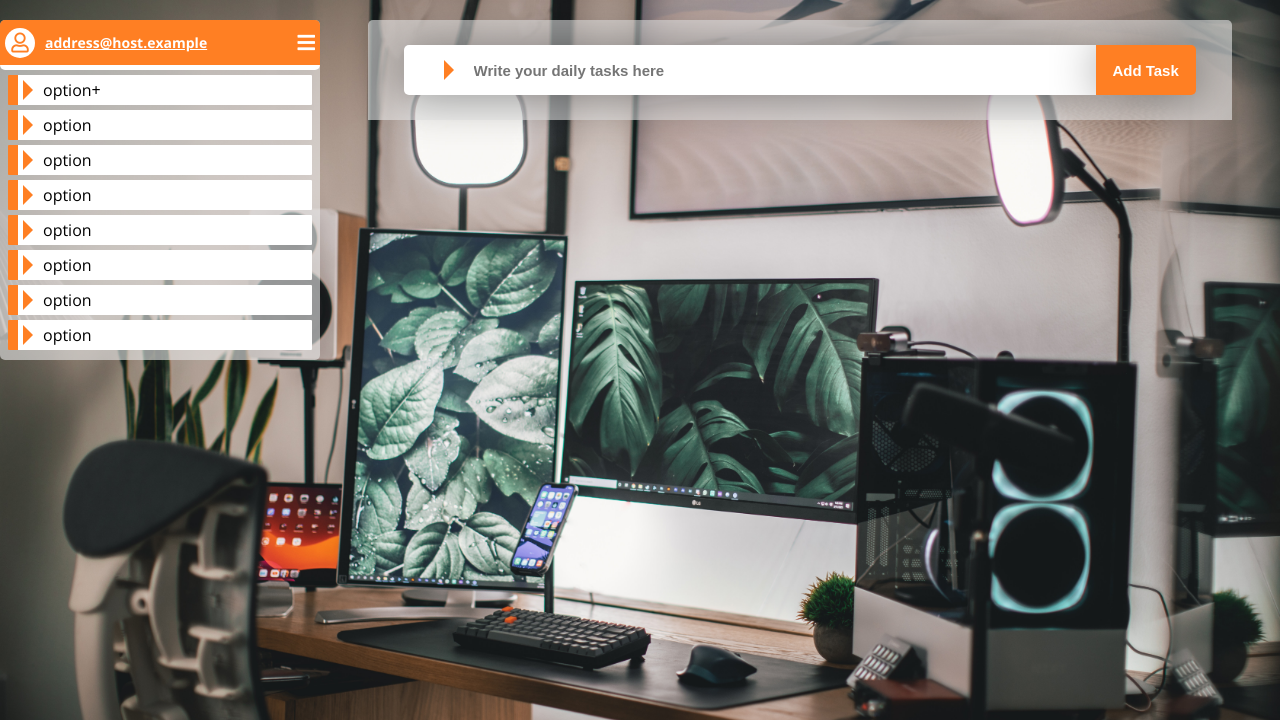
Repository: OmarEssameldinMousa/To-do-list-level01
Page: index.html
The author's editor kept a copy of each file at every save. The page is drawn from the files as they stood at one save, then again after the next save.
The browser window is 1280 px wide. The pictures show the whole page.

Above is the page before, as saved 2023-08-10 00:04:03.

### index.html
<!DOCTYPE html>
<html lang="en">

<head>
    <meta charset="UTF-8">
    <meta name="viewport" content="width=device-width, initial-scale=1.0">
    <title>ToDo</title>
    <link rel="stylesheet" href="main.css">
    <link rel="preconnect" href="https://fonts.gstatic.com" />
    <link rel="stylesheet" href="css/all.min.css">
    <link href="https://fonts.googleapis.com/css2?family=Open+Sans:wght@400;700&display=swap" rel="stylesheet" />
</head>

<body>
    <div class="dashboard">
        <div class="nav">
            <div class="navigation">
                <div class="profile">
                    <div class="profile-pic">
                        <i class="fa-regular fa-user"></i>
                    </div>
                    <h3>address@host.example</h3>
                    <i class="fa-solid fa-bars" style="color: #ffffff;"></i>
                    <!-- <i class="fa-solid fa-bars second" style="color: #ffffff;"></i> -->
                    <!-- <i class="fa-solid fa-arrow-right" style="color: #ffffff;"></i>
                    <i class="fa-solid fa-arrow-left" style="color: #ffffff;"></i> -->
                </div>
                <ul>
                    <li>
                        <span class="toggle"></span>
                        <span class="title">option</span>
                        <i class="fa-solid fa-plus"></i>
                    </li>
                    <li>
                        <span class="toggle"></span>
                        <span class="title">option</span>
                    </li>
                    <li>
                        <span class="toggle"></span>
                        <span class="title">option</span>
                    </li>
                    <li>
                        <span class="toggle"></span>
                        <span class="title">option</span>
                    </li>
                    <li>
                        <span class="toggle"></span>
                        <span class="title">option</span>
                    </li>
                    <li>
                        <span class="toggle"></span>
                        <span class="title">option</span>
                    </li>
                    <li>
                        <span class="toggle"></span>
                        <span class="title">option</span>
                    </li>
                    <li>
                        <span class="toggle"></span>
                        <span class="title">option</span>
                    </li>
                </ul>
            </div>
        </div>
        <div class="workstation">
            <div class="container">
                <div class="form">
                    <div>
                        <span></span>
                        <input type="text" class="input" placeholder="Write your daily tasks here">
                    </div>
                    <input type="submit" class="add" value="Add Task">
                </div>
                <!-- separator -->
                <div class="tasks">
                    <div class="tasks-numbers">

                    </div>
                    <div class="tasks-container">

                    </div>
                </div>
            </div>
        </div>
    </div>
    <script src="main.js"></script>
</body>

</html>

### main.css
:root {
    --main-color: rgba(235, 235, 235, 0.6);
    --secondery-color: #ff7f23;
}

* {
    -webkit-box-sizing: border-box;
    -moz-box-sizing: border-box;
    box-sizing: border-box;
    padding: 0;
    margin: 0;
}

body {
    font-family: "Open Sans", sans-serif;
    background-image: url(backgroundimage.jpg);
    background-repeat: no-repeat;
    background-size: cover;
    position: relative;
    height: 100%;
}


ul {
    list-style: none;
}


.dashboard {
    display: flex;
    height: 100%;
    width: 100%;
    column-gap: 0px;
}

.nav {
    width: 25%;
    height: 100%;
    position: relative;
    margin-top: 20px;
    border-radius: 5px;
}

.nav .navigation {
    height: 100%;
    width: 100%;
    background: var(--main-color);
    border-radius: 5px;
}

.nav .navigation .profile {
    width: 100%;
    height: 50px;
    background-color: var(--secondery-color);
    display: flex;
    align-items: center;
    border-bottom: 5px solid white;
    border-radius: 5px;
}

.nav .navigation .profile .profile-pic {
    border-radius: 50%;
    background-color: white;
    height: 30px;
    width: 30px;
    display: flex;
    align-items: center;
    justify-content: center;
    margin-left: 5px;
}

.nav .navigation .profile i {
    font-size: 20px;
    color: var(--secondery-color);
}

.nav .navigation .profile h3 {
    font-size: 14px;
    padding-left: 10px;
    text-decoration: underline;
    color: white;
}

.nav .navigation ul {
    width: 95%;
    margin: auto;
    margin-top: 5px;
    padding-bottom: 5px;
}

.nav .navigation ul li {
    padding: 5px;
    height: 30px;
    background-color: white;
    margin-bottom: 5px;
    border-radius: 1px;
    border-left: 10px solid #ff7f23;
    display: flex;
    align-items: center;
    transition: 0.3s;
}


.nav .navigation ul li:hover .toggle {
    padding-left: 10px;
}

.navigation .footer {
    width: 100%;
    height: 153px;
    background-color: #ff7f23;
    display: flex;
    align-items: center;
    justify-content: center;
    border-top: 5px solid white;
    column-gap: 5px;
}

.navigation .footer i {
    font-size: 30px;
    color: white;
}

.navigation .footer h1 {
    color: white;
}

.navigation .footer span {
    height: 30px;
    width: 5px;
    background-color: white;
}

li .toggle {
    border: 10px solid var(--secondery-color);
    border-color: transparent transparent transparent #ff7f23;
    transition: 0.3s;
}

.workstation {
    height: 100%;
    position: relative;
    flex: 1;
}

.container {
    width: 100%;
    min-height: 50px;
    background-color: transparent;
    z-index: 1;
    position: absolute;
}

.container .form {
    width: 90%;
    height: 100px;
    background-color: var(--main-color);
    margin: 20px auto;
    border-top-right-radius: 5px;
    border-top-left-radius: 5px;
    text-align: center;
    position: relative;
    display: flex;
    justify-content: center;
    align-items: center;
}

.container .tasks {
    width: 90%;
    background-color: var(--main-color);
    margin: 20px auto;
    display: flex;
    border-bottom-left-radius: 5px;
    border-bottom-right-radius: 5px;
}

.container .form .input,
.container .form .add {
    display: block;
    height: 50px;
}

.container .form div {
    width: 80%;
    border-bottom-left-radius: 5px;
    border-top-left-radius: 5px;
    border: 0px solid;
    box-shadow: -5px 0 50px 0px #00000073;
    background-color: white;
    display: flex;
    justify-content: flex-end;
    align-items: center;
}

.container .form div span {
    border: 10px solid #ff7f23;
    border-color: transparent transparent transparent #ff7f23;
    margin-right: 10px;
}

.container .form div .input {
    outline: 0;
    font-size: 15px;
    border: 0px solid;
    font-weight: bold;
    width: 90%;
}

.container .form .add {
    width: 100px;
    border: 0px solid;
    background-color: #ff7f23;
    color: white;
    font-weight: bold;
    font-size: 15px;
    border-bottom-right-radius: 5px;
    border-top-right-radius: 5px;
    box-shadow: 5px 0 50px 0px #00000073;
}

.container .tasks .tasks-container {
    width: 80%;
    display: flex;
    flex-direction: column;
    align-items: center;
    align-content: center;
    flex: 1;
}

.container .tasks .tasks-container .task {
    width: 80%;
    height: 50px;
    border-radius: 5px;
    border: 0px solid;
    box-shadow: -5px 0 50px 0px #00000073;
    background-color: white;
    margin: 10px 0;
    position: relative;
    display: flex;
    align-items: center;
}

.container .tasks .tasks-container .task i {
    margin-left: 10px;
    margin-right: 10px;
    color: var(--secondery-color);
}


.container .tasks .tasks-container .task::after {
    content: "";
    width: 10%;
    height: 100%;
    background-color: #ff7f23;
    position: absolute;
    top: 0;
    left: 90%;
    z-index: 0;
    border-top-right-radius: 5px;
    border-bottom-right-radius: 5px;
}

.container .tasks .tasks-container .task i:first-of-type {
    position: absolute;
    right: 4%;
    top: 50%;
    transform: translateY(-50%);
    color: white;
    z-index: 1;
    font-size: 20px;
}

.container .tasks .tasks-container .task i:last-of-type {
    position: absolute;
    right: 0%;
    top: 50%;
    transform: translateY(-50%);
    color: white;
    z-index: 1;
    font-size: 20px;
}

.container .tasks .tasks-numbers {
    width: 50px;
    display: flex;
    align-items: center;
    flex-direction: column;
}


.tasks-numbers .repated-line-circle {
    width: 2px;
    height: 70px;
}

.tasks-numbers .line-circle {
    display: flex;
    flex-direction: column;
    width: 100%;
    height: 100%;
    justify-content: space-between;
    align-items: center;
}

.tasks-numbers .line-circle .upper-line {
    width: 100%;
    height: 40%;
    background-color: white;
}

.tasks-numbers .line-circle .circle {
    font-family: 'VT323', monospace;
    width: 20px;
    height: 20px;
    background-color: #ff7f23;
    border-radius: 50%;
    text-align: center;
    position: relative;
    transition: 0.3s;
    animation: gradient-animation 5s infinite alternate;
    border: 1px solid white;
}


.tasks-numbers .line-circle .circle p {
    position: absolute;
    left: 50%;
    top: 50%;
    transform: translate(-50%, -50%);
    font-size: 14px;
    color: white;
}

.line-circle .circle p a {
    text-decoration: none;
}

.tasks-numbers .line-circle .lower-line {
    width: 2px;
    height: 40%;
    background-color: white;
}

.nav .navigation .profile i.fa-solid.fa-bars {
    position: absolute;
    right: 5px;
    /* display: none; */
}


@media (max-width: 767px) {
    body {
        background-image: none;
    }

    .dashboard {
        flex-direction: column;
    }

    .nav {
        width: 100% !important;
        height: 50px;
        z-index: 2;
    }

    .navigation {
        width: 100%;
        position: absolute;
        background-color: #ff7f23;
    }

    .nav .navigation ul {
        width: 100%;
        display: none;
    }

    .nav .navigation ul li {
        border: none;
        margin: 0;
    }

    .navigation .footer {
        display: none;
    }

    .nav .navigation .profile i.fa-solid.fa-bars {
        display: inline-block;
    }

    .nav .navigation .profile i.fa-solid.fa-bars.second {
        display: none;
    }
}

/* Small */
@media (min-width: 768px) {}

/* Medium */
@media (min-width: 992px) {}

/* Large */
@media (min-width: 1200px) {}

### main.js
let counter = 1;
let counterarray = [];
let tasksDiv = document.querySelector(".tasks-container");
let tasksnumbersDiv = document.querySelector(".tasks-numbers");
let inputbox = document.querySelector(".input");
let inputboxValue = inputbox.value;
let inputbtn = document.querySelector(".add");
let idtentity = 0;
let list = [];
let menu_bars = document.querySelector("i.fa-solid.fa-bars")
let optionsul = document.querySelector(".nav .navigation ul")
let menu_bars2 = document.querySelector("i.fa-solid.fa-bars.second")
let navdiv = document.querySelector(".nav")

function createTaskDiv_NumberDiv() {
    if (inputbox.value != "") {
        let inputbox = document.querySelector(".input");
        let inputboxValue = inputbox.value;
        counterarray.push(counter);
        // craeting task divs
        let taskDiv = document.createElement("div");
        taskDiv.className = "task";
        let i1 = document.createElement("i");
        i1.className = "fa-regular fa-square-check";
        let i2 = document.createElement("i");
        i2.className = "fa-solid fa-clock";
        let i3 = document.createElement("i");
        i3.className = "fa-regular fa-trash-can";
        i3.setAttribute("index", counterarray.length - 1);
        let tasktitle = document.createElement("h4");
        tasktitle.innerHTML = inputboxValue;
        // nesting all childs under each parent
        tasksDiv.appendChild(taskDiv);
        taskDiv.appendChild(i1);
        taskDiv.appendChild(i2);
        taskDiv.appendChild(i3);
        taskDiv.appendChild(tasktitle);
        //creating the numbering divs
        let repatedlinecircleDiv = document.createElement("div");
        repatedlinecircleDiv.className = "repated-line-circle";
        let linecirclediv = document.createElement("div");
        linecirclediv.className = "line-circle";
        let upperlinediv = document.createElement("div");
        upperlinediv.className = "upper-line";
        let circlediv = document.createElement("div");
        circlediv.className = "circle";
        let circleparacontent = document.createElement("p");
        circleparacontent.innerHTML = `${counterarray.length}`;
        let lowerlinediv = document.createElement("div");
        lowerlinediv.className = "lower-line";
        //nesting all childs under each parent
        tasksnumbersDiv.appendChild(repatedlinecircleDiv);
        repatedlinecircleDiv.appendChild(linecirclediv);
        linecirclediv.appendChild(upperlinediv);
        linecirclediv.appendChild(circlediv);
        circlediv.appendChild(circleparacontent);
        linecirclediv.appendChild(lowerlinediv);
        // after adjustments
        list.push({ "id": idtentity, "title": inputbox.value, });
        window.localStorage.setItem("tasks", JSON.stringify(list));
        inputbox.value = "";
        counter++;
        idtentity++;
        inputbox.focus();
    }
}

inputbtn.addEventListener("click", createTaskDiv_NumberDiv);

document.addEventListener("click", function (e) {
    if (e.target.className === "fa-regular fa-trash-can") {
        let n = 1;
        // deleting from BOM - local storage
        let storedTasks = JSON.parse(window.localStorage.getItem("tasks"))
        storedTasks.filter(a => a.id != e.index);
        list = storedTasks;
        window.localStorage.clear()
        window.localStorage.setItem("tasks", JSON.stringify(storedTasks));
        // deleting from the DOM
        e.target.parentElement.parentElement.previousElementSibling.lastChild.remove();
        counterarray.pop();
        counter--;
        e.target.parentElement.remove();
        document.querySelectorAll(".circle p").forEach(element => {
            element.innerHTML = n;
            n++;
        });
    }
})

menu_bars.addEventListener("click", function () {
    if (optionsul.style.display == "block") {
        optionsul.style.display = "none"
    } else {
        optionsul.style.display = "block"
    }
})

Loaded but not shown: css/all.min.css (library)

After the next save:
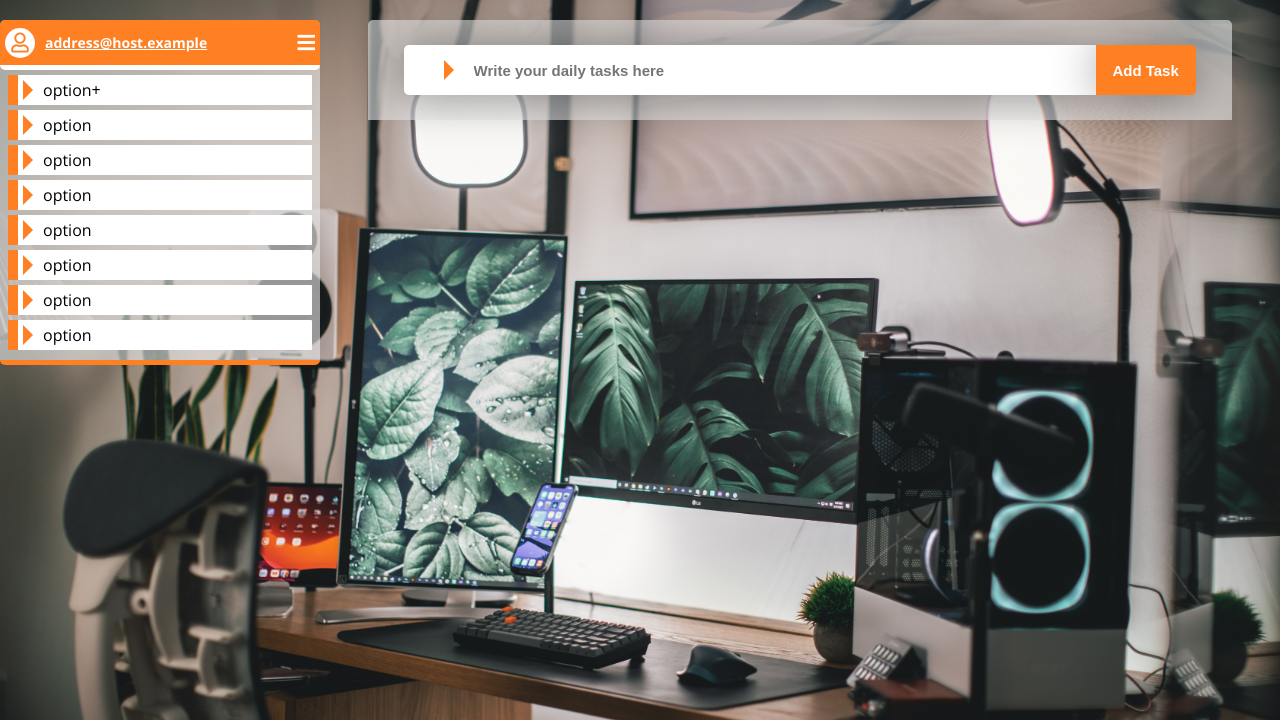
Saved 49 s later.
--- a/main.css
+++ b/main.css
@@ -46,6 +46,7 @@ ul {
     width: 100%;
     background: var(--main-color);
     border-radius: 5px;
+    border-bottom: 5px solid #ff7f23;
 }
 
 .nav .navigation .profile {
